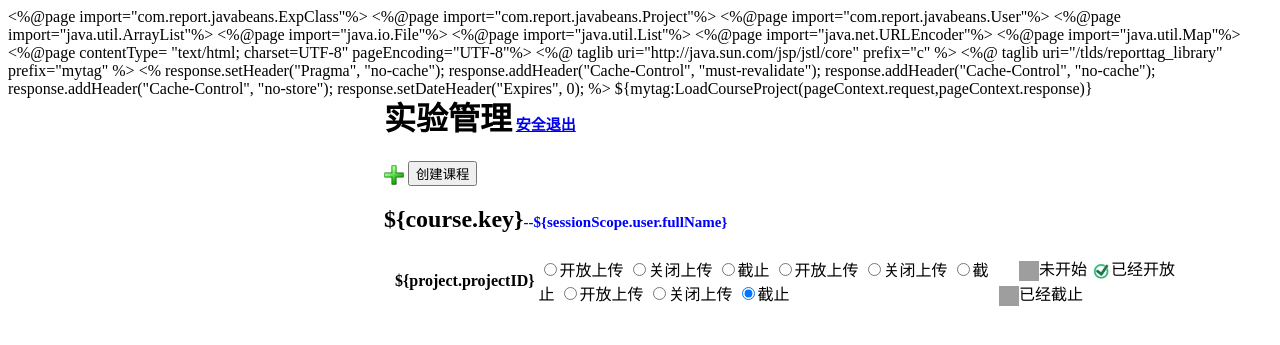
Repository: IAmJiangWenHao/ReportServer
Page: web/demo.html
These files come from the project's save history. The page is drawn as it stood at one moment and after the next save; the edit follows.
The browser window is 1280 px wide. The pictures show the whole page.
Pictures or frames that could not be fetched are drawn as grey boxes.

Above is the page before, as saved 2023-05-18 16:13:12.

After the next save:
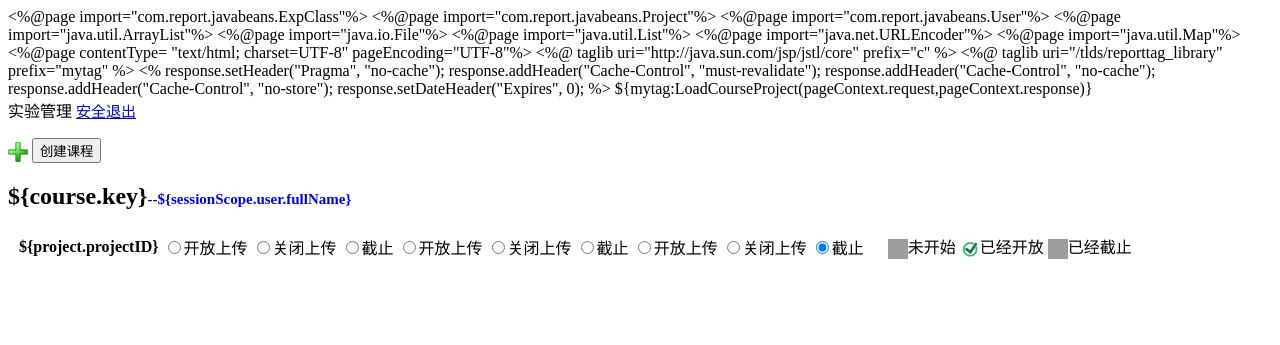
Saved 65 s later.
--- a/web/demo.html
+++ b/web/demo.html
@@ -190,9 +190,12 @@
         createCell.innerHTML = "<form action=\"../uploadCourseServlet\" enctype=\"multipart/form-data\" method=\"post\" name=\"form1\" onSubmit=\"return Check()\"><table></tr><tr> <td>建课模板：</td><td><a href=\"实验课模板.xlsx\">下载</a></td></tr><tr><td>课程名：</td><td><input style=\" font-size:16px\" type=\"text\" name=\"courseName\" size=\"20\"/>(例：程序设计实验)</td></tr><tr><td>班级：</td><td><input style=\" font-size:16px\" type=\"text\" name=\"className\" size=\"20\"/>(例:信安201)</td></tr><tr> <td>文件：</td><td><input style=\" font-size:16px\" type=\"file\" name=\"file\" size=\"40\" id=\"fup\" onchange=\'fileChange(this,\".xlsx\");\'/></td><tr><td style=\"height:50px;\" align=\"right\" ><input style=\" font-size:16px\" type=\"submit\" value=\"提交\" size='30'/> </td><td align=\"left\"><input style=\" font-size:16px\" type=\"button\" value=\"关闭\" size='30' onclick=\"cls()\"/> </td></tr></table></form>";
       }
     </script>
-    <div style=" width: 800px;height:800px;position: absolute;top: 10%;left: 30%;">
-      <h1><font color="black" > 实验管理</font><font style="font-size:15px;color:red">
-        <a href="../exit">安全退出</a></font></h1>
+    <div >
+        <div>
+            <font color="black" > 实验管理</font>
+            <font style="font-size:15px;color:red"><a href="../exit">安全退出</a></font>
+
+        </div>
       <p>
         <img style="vertical-align: middle;height:20px" alt="" width="20" src="./img/new.jpg"/>
         <input type="button" value="创建课程" onclick="createCourse()">
